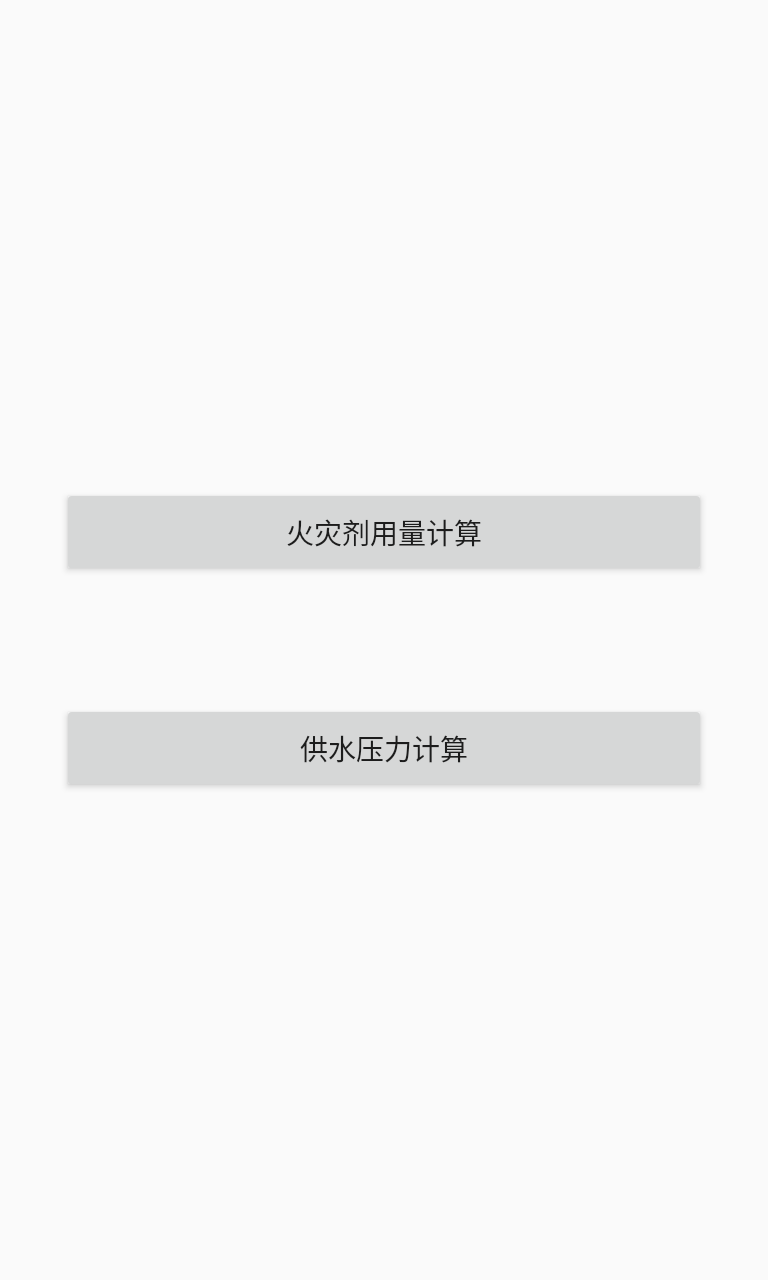
Repository: hohoTT/fireWork_handle_app
Layout: fireWork_handle_app/res/layout/oilcan_fire.xml
These files come from the project's save history. The layout is drawn as it stood at one moment and after the next save; the edit follows.
It is drawn on a 768 x 1280 px phone screen (xhdpi) without system bars, with theme AppTheme; the app's code is not run.

Above is the layout before, as saved 2016-03-02 11:13:52.

### fireWork_handle_app/res/layout/oilcan_fire.xml
<?xml version="1.0" encoding="utf-8"?>
<LinearLayout xmlns:android="http://schemas.android.com/apk/res/android"
    android:layout_width="match_parent"
    android:layout_height="match_parent"
    android:gravity="center_vertical"
    android:orientation="vertical" >

	<Button
        android:id="@+id/btu_olican_fire"
	    android:layout_width="match_parent"
	    android:layout_height="wrap_content"
	    android:layout_margin="30dp"
	    android:text="@string/btu_fire_agent" />

    <Button
        android:id="@+id/btu_water_power"
	    android:layout_width="match_parent"
	    android:layout_height="wrap_content"
	    android:layout_margin="30dp"
	    android:text="@string/btu_water_power" />


</LinearLayout>

### fireWork_handle_app/res/values/strings.xml
<?xml version="1.0" encoding="utf-8"?>
<resources>

    <string name="app_name">fireWork_handle_app</string>
    <string name="hello_world">Hello world!</string>
    <string name="action_settings">Settings</string>


    <string name="btu_fire_calculate">现场计算</string>
    <string name="btu_fire_plan">火灾预案</string>
    <string name="btu_fire_agent">火灾剂用量计算</string>
    <string name="btu_water_power">供水压力计算</string>
    <string name="btu_normal_fire">一般火灾计算</string>
    <string name="btu_oilcan_fire">油罐火灾计算</string>
    <string name="fire_area">请输入过火面积</string>


    <string name="normal_fire_result">一般火灾用水量计算结果</string>
    <string name="text_water">一般火灾中每秒的用水量为：</string>
    <string name="text_fire_time">10吨消防车可持续灭火的时间为：</string>


    <string name="btu_olican_fire_water">冷却用水计算</string>


    <string name="btn_send">提交</string>


</resources>

Loaded but not shown: fireWork_handle_app/res/values/styles.xml (common file); fireWork_handle_app/res/values-v11/styles.xml (common file); fireWork_handle_app/res/values-v14/styles.xml (common file)

After the next save:
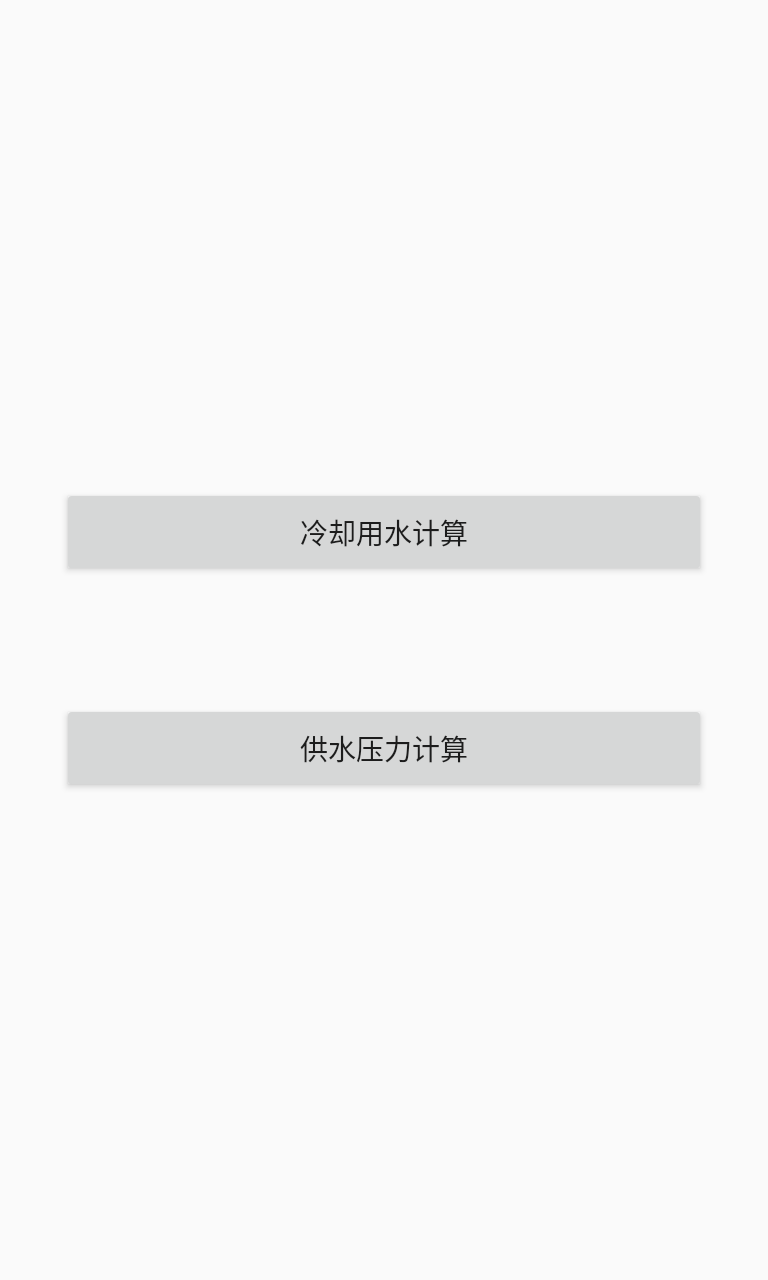
Saved 5 s later.
--- a/fireWork_handle_app/res/layout/oilcan_fire.xml
+++ b/fireWork_handle_app/res/layout/oilcan_fire.xml
@@ -6,11 +6,11 @@
     android:orientation="vertical" >
 
 	<Button
-        android:id="@+id/btu_olican_fire"
+        android:id="@+id/btu_olican_fire_water"
 	    android:layout_width="match_parent"
 	    android:layout_height="wrap_content"
 	    android:layout_margin="30dp"
-	    android:text="@string/btu_fire_agent" />
+	    android:text="@string/btu_olican_fire_water" />
 
     <Button
         android:id="@+id/btu_water_power"
